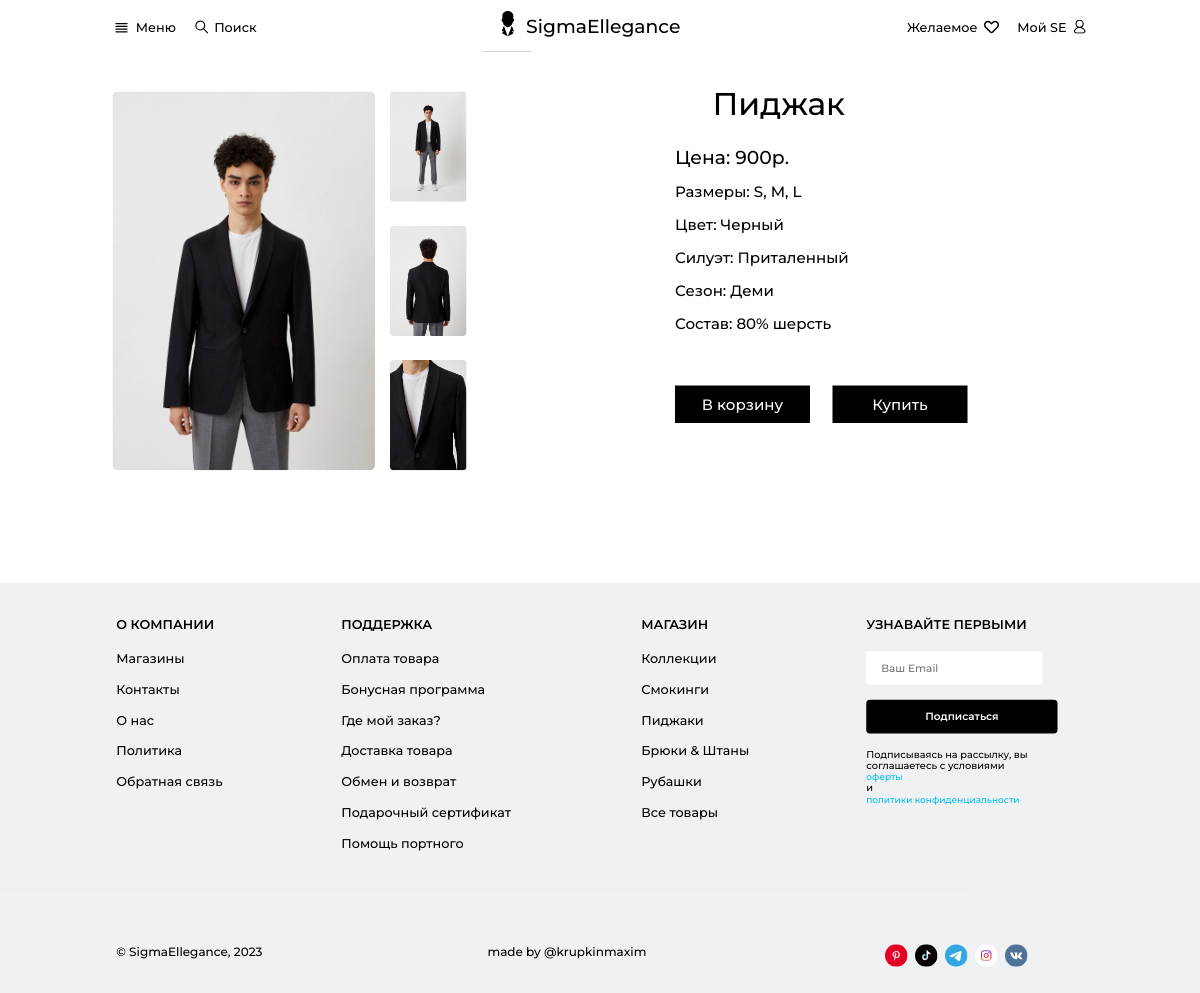
Repository: MaksimKrupkin/SigmaEllegance
Page: /opengoodspage
These files come from the project's save history. The page is drawn as it stood at one moment and after the next save; the edit follows.
The browser window is 1280 px wide. The page is 1600 px wide, so the pictures cover 1600 px, including what lies to the right of the window. The pictures show the whole page, at 75% of full size.
Some web fonts or font styles are not loaded; a fallback is used. The project was rebuilt for these pictures with package versions that can differ from the ones it lists, and the page was loaded fresh each time. Also part of the build but not shown: src/Components/SideBar/SideBar.module.css, src/Components/SideBar/SideBar.jsx, src/Pages/HomePage.module.css, src/Components/Slider/Slider.module.css, src/Components/SliderCard/SliderCard.module.css, src/Components/SliderCard/SliderCard.jsx, src/Components/Slider/Slider.jsx, src/Components/Styles/Styles.module.css and 12 more.

Above is the page before, as saved 2023-11-29 19:40:00.

After the next save:
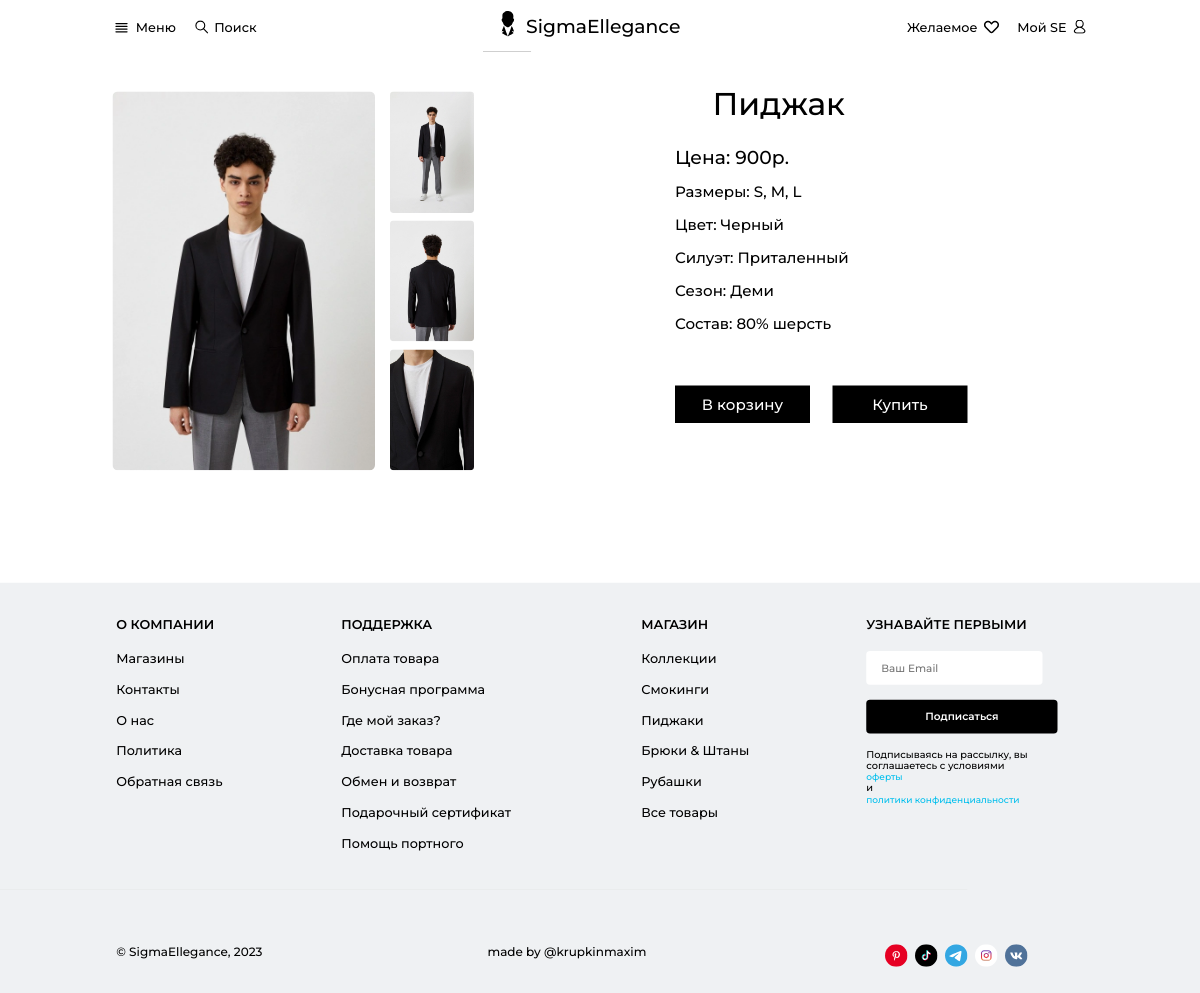
Saved 4 s later.
--- a/src/Pages/OpenGoodPage/OpenGoodPage.module.css
+++ b/src/Pages/OpenGoodPage/OpenGoodPage.module.css
@@ -36,7 +36,7 @@
 }
 
 .goods_subimage {
-  max-width: 102px; /* Adjust the size as needed */
+  max-width: 112px; /* Adjust the size as needed */
   height: auto; /* Maintain aspect ratio */
   border-radius: 5px;
 }

After the save that followed:
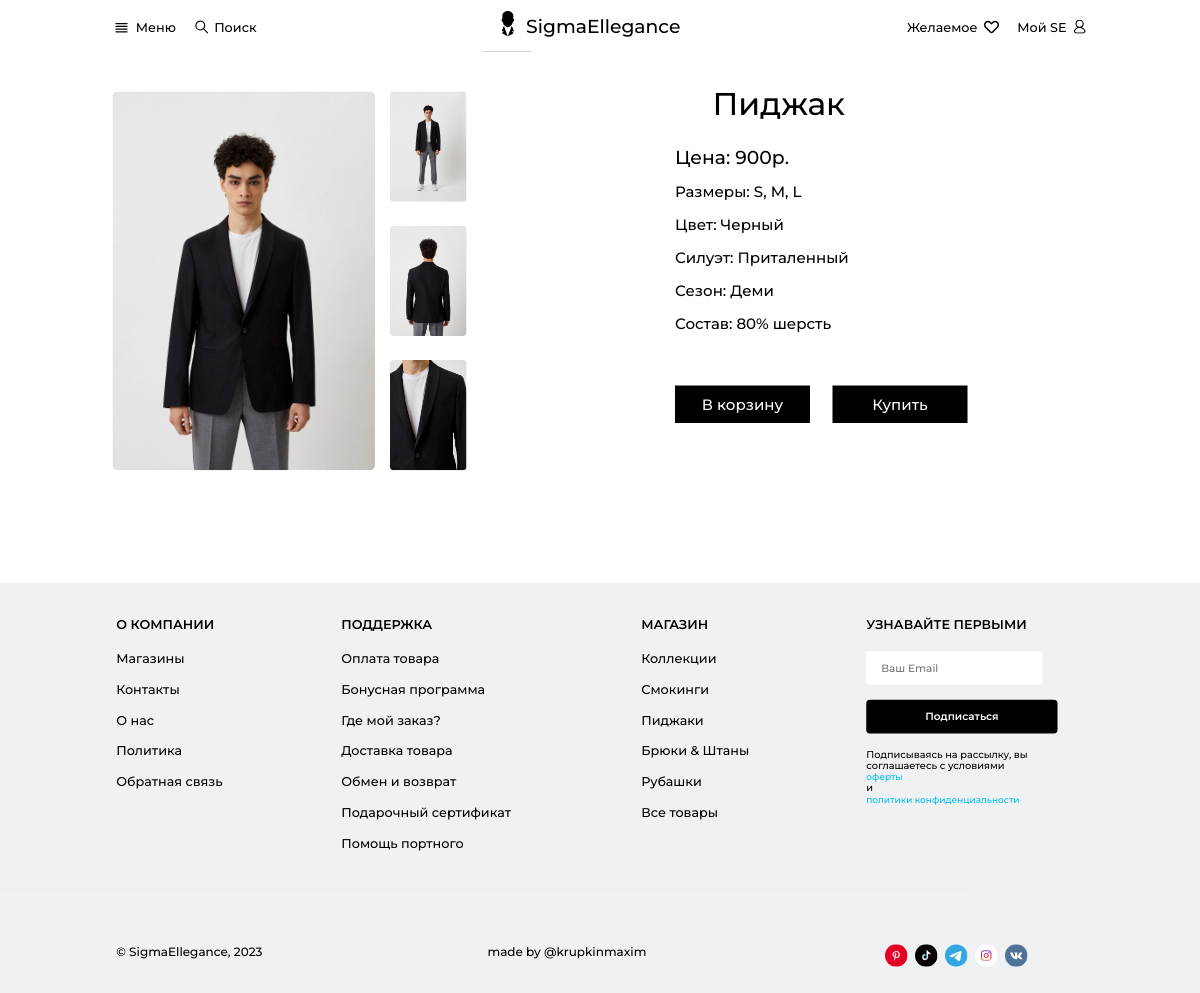
Saved 4 s later.
--- a/src/Pages/OpenGoodPage/OpenGoodPage.module.css
+++ b/src/Pages/OpenGoodPage/OpenGoodPage.module.css
@@ -36,7 +36,7 @@
 }
 
 .goods_subimage {
-  max-width: 112px; /* Adjust the size as needed */
+  max-width: 102px; /* Adjust the size as needed */
   height: auto; /* Maintain aspect ratio */
   border-radius: 5px;
 }
